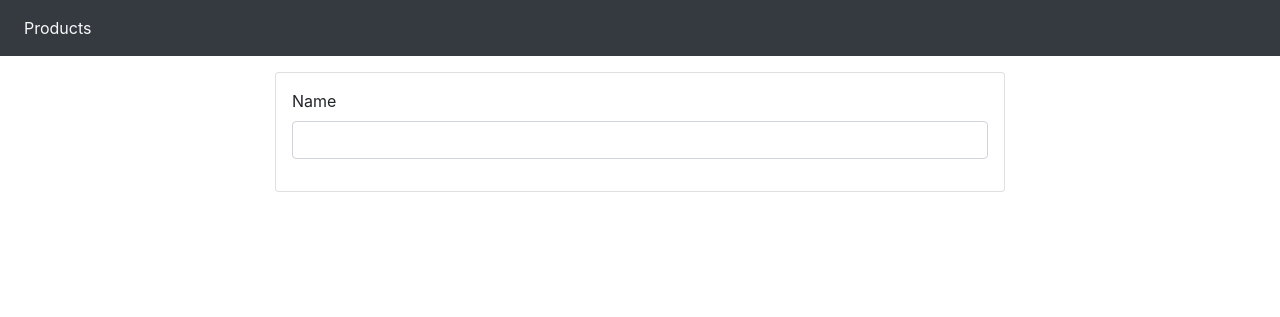
Repository: Aniksaha19/curd
Page: http://localhost/product/create
The author's editor kept a copy of each file at every save. The page is drawn from the files as they stood at one save, then again after the next save.
The browser window is 1280 px wide. The pictures show the whole page.
The page is served by the project's Laravel application, run on PHP 8.4 with Laravel 10.

Above is the page before, as saved 2023-06-01 16:43:05.

After the next save:
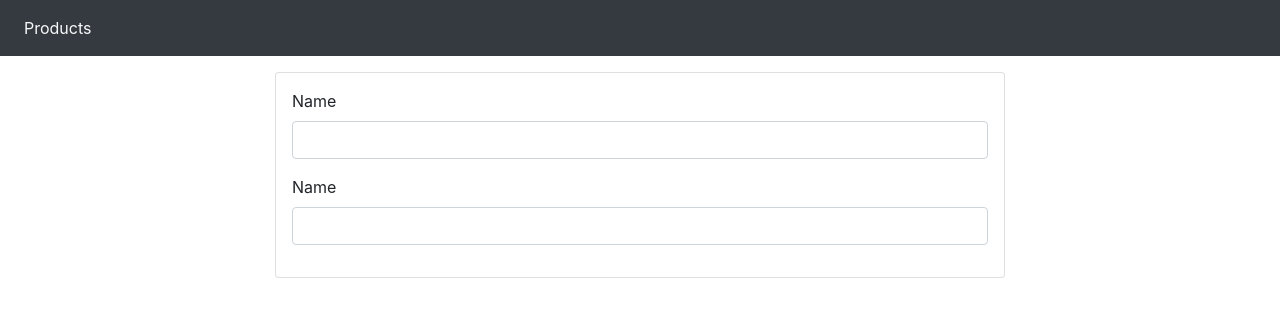
Saved 26 s later.
--- a/resources/views/products/create.blade.php
+++ b/resources/views/products/create.blade.php
@@ -30,6 +30,10 @@
                                     <label>Name</label>
                                     <input type="text" name="name" class="form-control"/>
                                 </div>
+                                <div class="form-group">
+                                    <label>Name</label>
+                                    <input type="text" name="name" class="form-control"/>
+                                </div>
                             </form>
                         </div>
                     </div>
